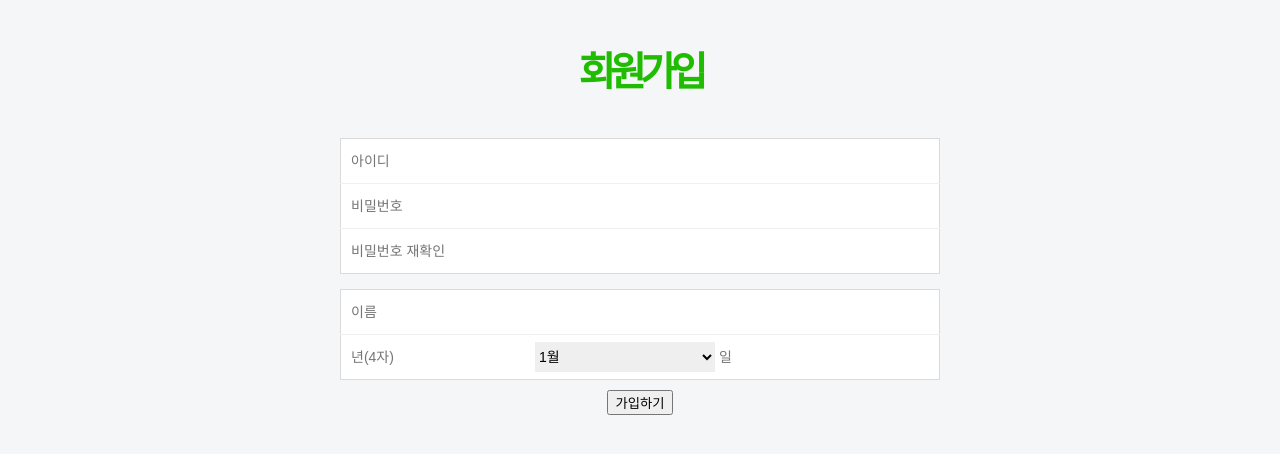
Repository: kimnafla11/webBack-end
Page: 1106/WebContent/login/signInForm.html
These files come from the project's save history. The page is drawn as it stood at one moment and after the next save; the edit follows.
The browser window is 1280 px wide. The pictures show the whole page.

Above is the page before, as saved 2019-11-06 03:21:10.

### 1106/WebContent/login/signInForm.html
<!doctype html>
<html>
<head>
<meta charset="utf-8">
<title>무제 문서</title>

<style type="text/css">
	body {
		background-color: #f5f6f7;
    	margin: 0;
	}
	div.container {
		margin: 0 auto 0;
    	width: 600px;
	}
	p.title {
		text-align: center;
		font-size: 40px;
		font-weight: bold;
		letter-spacing: -6px;
		color: #1fbc02;
	}

	.form-area table {
		background-color: #FFF;
    	border: 1px solid #dadada;
		margin-bottom: 15px;
		border-collapse: collapse;
		width: 100%;
	}
	.form-area table:last-child {
		margin-bottom: 0;
	}
	.form-area table tr td {
		border-bottom: 1px solid #f0f0f0;
    	padding: 5px 10px;
	}
	.form-area table tr:last-child td {
		border-bottom: 1px solid #dadada;
	}
	.input-text {
		border: none;
		height: 30px;
		padding: 2px 0px;
		width: 100%;
		font-size: 14px;
	}
	.input-text.birth {
		width: 180px;
	}
	.form-area table tr td select {
		width: 180px;
		border: none;
		height: 30px;
		padding: 2px 0px;
		font-size: 14px;
	}
	.form-area table tr td .alert {
		color: #ef0003;
		font-size: 12px;
		margin: 5px 0;
		display: none;
	}

	.button-area {
		text-align: center;
		padding: 10px 0;
	}
	.btn-type-01 {
		display: inline-block;
		width: 100%;
		font-size: 18px;
		letter-spacing: -1px;
		font-weight: bold;
		height: 60px;
		line-height: 55px;
		text-decoration: none;
		border-radius: 0;
		background-color: #1fbc02;
		color: #FFF;
	}
</style>
</head>
<body>
<form action = "signIn.jsp" method = "post">
	<div class="container">
		<p class="title">회원가입</p>
		<div class="form-area">
			<!-- ID, PWD -->
			<table>
				<tr>
					<td>
						<span>
							<input type="text" id="id" class="input-text" placeholder="아이디" maxlength="20" onfocusout="validateId()">
						</span>
						<div id="id_alert" class="alert">필수 정보입니다.</div>
					</td>
				</tr>
				<tr>
					<td>
						<span>
							<input type="password" id="password" class="input-text" placeholder="비밀번호" maxlength="20" onfocusout="validatePassword()">
						</span>
						<div id="password_alert" class="alert">필수 정보입니다.</div>
					</td>
				</tr>
				<tr>
					<td>
						<span>
							<input type="password" id="check_password" class="input-text" placeholder="비밀번호 재확인" maxlength="20" onfocusout="validatePassword()">
						</span>
						<div id="check_password_alert" class="alert">필수 정보입니다.</div>
					</td>
				</tr>
			</table>

			<!-- BASIC INFO -->
			<table>
				<tr>
					<td>
						<span>
							<input type="text" id="name" class="input-text" placeholder="이름" maxlength="15" onfocusout="validateName()">
						</span>
						<div id="name_alert" class="alert">필수 정보입니다.</div>
					</td>
				</tr>
				<tr>
					<td>
						<span>
							<input type="text" id="birth_year" class="input-text birth" placeholder="년(4자)" maxlength="4" onfocusout="validateBirth()">
						</span>
						<span>
							<select id="birth_month">
								<option value="1">1월</option>
								<option value="2">2월</option>
								<option value="3">3월</option>
								<option value="4">4월</option>
								<option value="5">5월</option>
								<option value="6">6월</option>
								<option value="7">7월</option>
								<option value="8">8월</option>
								<option value="9">9월</option>
								<option value="10">10월</option>
								<option value="11">11월</option>
								<option value="12">12월</option>
							</select>
						</span>
						<span>
							<input type="text" id="birth_day" class="input-text birth" placeholder="일" maxlength="2" onfocusout="validateBirth()">
						</span>
						<div id="birth_alert" class="alert">태어난 년도 4자리를 정확하게 입력하세요.</div>
					</td>
				</tr>
			</table>
		</div>
		<div class="button-area">
			<input type = "submit" value = "가입하기">
		</div>
	</div>
</form>
</body>

<script type="text/javascript">

	function validateId() {
		var id = document.getElementById('id').value.trim();
		var alertEl = document.getElementById('id_alert');

		// 입력 여부 검증
		if (id.length == 0) {
			alertEl.innerHTML = '필수 정보입니다.';
			alertEl.style.display = 'block';

			return false;
		}

		// 길이 검증
		if (id.length < 5) {
			alertEl.innerHTML = '아이디는 5글자 이상 입력해주세요.';
			alertEl.style.display = 'block';

			return false;
		}

		// 대소문자, 숫자 입력 검증
		if (!/^[A-Za-z0-9]*$/.test(id)) {
			alertEl.innerHTML = '아이디는 영문 대문자,소문자, 숫자만 입력 가능합니다.';
			alertEl.style.display = 'block';

			return false;
		}

		alertEl.style.display = 'none';
	}

	function validatePassword() {
		var password = document.getElementById('password').value.trim();
		var cPassword = document.getElementById('check_password').value.trim();
		var alertEl = document.getElementById('password_alert');
		var cAlertEl = document.getElementById('check_password_alert');

		// 비밀번호 입력 여부 검증
		if (password.length == 0) {
			alertEl.innerHTML = '필수 정보입니다.';
			alertEl.style.display = 'block';

			return false;
		}

		// 비밀번호 길이 검증
		if (password.length < 5) {
			alertEl.innerHTML = '비밀번호는 5글자 이상 입력해주세요.';
			alertEl.style.display = 'block';

			return false;
		}

		// 비밀번호 대소문자, 숫자 입력 검증
		if (!/^[A-Za-z0-9]*$/.test(password)) {
			alertEl.innerHTML = '비밀번호는 영문 대문자,소문자, 숫자만 입력 가능합니다.';
			alertEl.style.display = 'block';

			return false;
		}

		// 비밀번호 확인 입력 여부 검증
		if (cPassword.length == 0) {
			cAlertEl.innerHTML = '필수 정보입니다.';
			cAlertEl.style.display = 'block';

			return false;
		}

		// 비밀번호 확인 길이 검증
		if (cPassword.length < 5) {
			cAlertEl.innerHTML = '비밀번호는 5글자 이상 입력해주세요.';
			cAlertEl.style.display = 'block';

			return false;
		}

		// 비밀번호 확인 대소문자, 숫자 입력 검증
		if (!/^[A-Za-z0-9]*$/.test(cPassword)) {
			cAlertEl.innerHTML = '비밀번호는 영문 대문자,소문자, 숫자만 입력 가능합니다.';
			cAlertEl.style.display = 'block';

			return false;
		}

		// 비밀번호, 비밀번호 확인 검증
		if (password != cPassword) {
			cAlertEl.innerHTML = '비밀번호가 일치하지 않습니다.';
			cAlertEl.style.display = 'block';

			return false;
		}

		alertEl.style.display = 'none';
		cAlertEl.style.display = 'none';
	}

	function validateName() {
		var name = document.getElementById('name').value.trim();
		var alertEl = document.getElementById('name_alert');

		// 입력 여부 검증
		if (name.length == 0) {
			alertEl.innerHTML = '필수 정보입니다.';
			alertEl.style.display = 'block';

			return false;
		}

		alertEl.style.display = 'none';
	}

	function validateBirth() {
		var birthYear = document.getElementById('birth_year').value.trim();
		var birthDay = document.getElementById('birth_day').value.trim();
		var alertEl = document.getElementById('birth_alert');

		if (birthYear.length == 0) {
			alertEl.innerHTML = '태어난 년도 4자리를 입력해주세요.';
			alertEl.style.display = 'block';

			return false;
		}

		if (birthDay.length == 0) {
			alertEl.innerHTML = '태어난 일자를 입력해주세요.';
			alertEl.style.display = 'block';

			return false;
		}

		if (!/^[0-9]*$/.test(birthYear)) {
			birth_alert.innerHTML = '태어난 년도는 숫자만 입력 가능합니다.';
			birth_alert.style.display = 'block';

			return false;
		}

		if (!/^[0-9]*$/.test(birthDay)) {
			birth_alert.innerHTML = '태어난 일자는 숫자만 입력 가능합니다.';
			birth_alert.style.display = 'block';

			return false;
		}

		alertEl.style.display = 'none';
	}
</script>
</html>

After the next save:
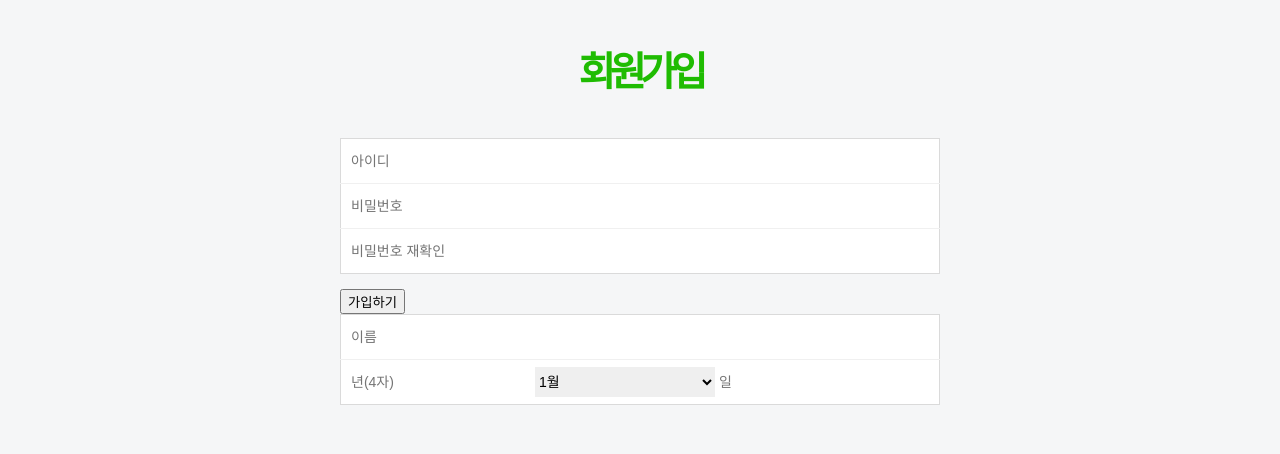
Saved 37 s later.
--- a/1106/WebContent/login/signInForm.html
+++ b/1106/WebContent/login/signInForm.html
@@ -151,10 +151,11 @@
 						<div id="birth_alert" class="alert">태어난 년도 4자리를 정확하게 입력하세요.</div>
 					</td>
 				</tr>
+							<input type = "submit" value = "가입하기">
+
 			</table>
 		</div>
 		<div class="button-area">
-			<input type = "submit" value = "가입하기">
 		</div>
 	</div>
 </form>
